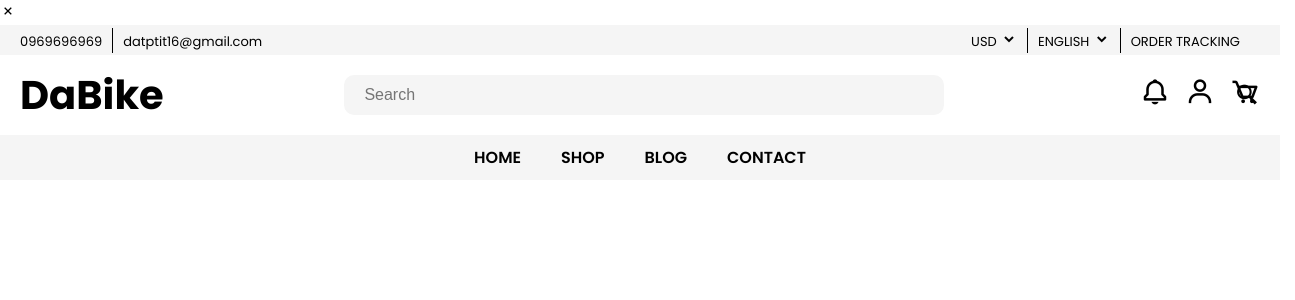
Repository: Datt21/DacMaxx
Page: index.html
These files come from the project's save history. The page is drawn as it stood at one moment and after the next save; the edit follows.
The browser window is 1280 px wide. The page is 1295 px wide, so the pictures cover 1295 px, including what lies to the right of the window. The pictures show the whole page.

Above is the page before, as saved 2021-07-05 01:40:11.

### index.html
<!DOCTYPE html>
<html lang="en">
<head>
    <meta charset="UTF-8">
    <meta http-equiv="X-UA-Compatible" content="IE=edge">
    <meta name="viewport" content="width=device-width, initial-scale=1.0">
    <title>DaBike</title>
    <!--======== FONTS =========-->
    <link rel="preconnect" href="https://fonts.gstatic.com">
    <link rel="stylesheet" href="https://fonts.googleapis.com/css2?family=Poppins:ital,wght@0,100;0,200;0,300;0,400;0,500;0,600;0,700;0,800;0,900;1,100;1,200;1,300;1,400;1,500;1,600;1,700;1,900&display=swap">

    <!--========= ICONS =========-->
    <link rel="stylesheet" href="./boxicons-2.0.7/css/boxicons.min.css">
    <link href='https://unpkg.com/boxicons@2.0.7/css/boxicons.min.css' rel='stylesheet'>

    <!--========= LINK CSS =========-->
    <link rel="stylesheet" href="./css/grid.css">
    <link rel="stylesheet" href="./css/app.css">
</head>
<body>

    <!--========= HEADER ===========-->
    <header>
        <!-- mobile menu -->
        <div class="mobile-menu bg-second">
            <a href="#" class="mb-logo">DaBike</a>

            <span class="mb-menu-toggle mb-menu-close" id="mb-menu-close">
                <i class='bx bx-menu'></i>
            </span>
        </div>
        <!-- end mobile menu -->
        <!-- main header -->
        <div class="header-wrapper" id="header-wrapper">
            <span class="mb-menu-toggle" id="mb-menu-toggle">
                <i class='bx bx-x'></i>
            </span>
            <!-- top header -->
            <div class="bg-second">
                <div class="top-header container">
                    <ul class="devided">
                        <li>
                            <a href="#">0969696969</a>
                        </li>
                        <li>
                            <a href="#">datptit16@gmail.com</a>
                        </li>
                    </ul>
                    <ul class="devided">
                        <li class="dropdown">
                            <a href="">USD</a>
                            <i class='bx bxs-chevron-down' ></i>
                            <ul class="dropdown-content">
                                <li><a href="">VND</a></li>
                                <li><a href="">JPY</a></li>
                                <li><a href="">EUR</a></li>
                            </ul>
                        </li>
                        <li class="dropdown">
                            <a href="">ENGLISH</a>
                            <i class='bx bxs-chevron-down' ></i>
                            <ul class="dropdown-content">
                                <li><a href="">VIETNAMESE</a></li>
                                <li><a href="">JAPANESE</a></li>
                                <li><a href="">FRENCH</a></li>
                                <li><a href="">SPANISH</a></li>
                            </ul>
                        </li>
                        <li><a href="#">ORDER TRACKING</a></li>
                    </ul>
                </div>
            </div>
            <!-- end top header -->
            <!-- mid header -->
            <div class="bg-main">
                <div class="mid-header container">
                    <a href="#" class="logo">DaBike</a>
                    <div class="search">
                        <input type="text" placeholder="Search">
                        <i class='bx bx-search-alt-2' ></i>
                    </div>
                    <ul class="user-menu">
                        <li><a href=""><i class='bx bx-bell' ></i> </a></li>
                        <li><a href=""><i class='bx bx-user' ></i> </a></li>
                        <li><a href=""><i class='bx bx-cart' ></i> </a></li>
                    </ul>
                </div>
            </div>
            <!-- end mid header -->
            <!-- bottom header -->
            <div class="bg-second">
                <div class="bottom-header container">
                    <ul class="main-menu">
                        <li><a href="">Home</a></li>
                        <!-- mega menu -->
                        <li class="mega-dropdown">
                            <a href="">Shop</a>
                            <div class="mega-content">
                                <div class="row">
                                    <div class="col-3">
                                        <div class="box">
                                            <h3>categories</h3>
                                            <ul>
                                                <li><a href="">Doanhnhan</a></li>
                                                <li><a href="">Diahinh</a></li>
                                                <li><a href="">Thethao</a></li>
                                                <li><a href="">Sinhvien</a></li>
                                            </ul>
                                        </div>
                                    </div>
                                    <div class="col-3">
                                        <div class="box">
                                            <h3>categories</h3>
                                            <ul>
                                                <li><a href="">Doanhnhan</a></li>
                                                <li><a href="">Diahinh</a></li>
                                                <li><a href="">Thethao</a></li>
                                                <li><a href="">Sinhvien</a></li>
                                            </ul>
                                        </div>
                                    </div>
                                    <div class="col-3">
                                        <div class="box">
                                            <h3>categories</h3>
                                            <ul>
                                                <li><a href="">Doanhnhan</a></li>
                                                <li><a href="">Diahinh</a></li>
                                                <li><a href="">Thethao</a></li>
                                                <li><a href="">Sinhvien</a></li>
                                            </ul>
                                        </div>
                                    </div>
                                    <div class="col-3">
                                        <div class="box">
                                            <h3>categories</h3>
                                            <ul>
                                                <li><a href="">Doanhnhan</a></li>
                                                <li><a href="">Diahinh</a></li>
                                                <li><a href="">Thethao</a></li>
                                                <li><a href="">Sinhvien</a></li>
                                            </ul>
                                        </div>
                                    </div>
                                </div>
                                <div class="row img-row">
                                    <div class="col-3">
                                        <div class="box">
                                            <img src="./images/531352.png" alt="">
                                        </div>
                                    </div>
                                    <div class="col-3">
                                        <div class="box">
                                            <img src="./images/6489548.png" alt="">
                                        </div>
                                    </div>
                                    <div class="col-3">
                                        <div class="box">
                                            <img src="./images/MTBROMO_N7_2022.png" alt="">
                                        </div>
                                    </div>
                                    <div class="col-3">
                                        <div class="box">
                                            <img src="./images/b1.png" alt="">
                                        </div>
                                    </div>
                                </div>
                            </div>
                        </li>
                        <!-- end mega menu -->
                        <li><a href="">Blog</a></li>
                        <li><a href="">Contact</a></li>
                    </ul>
                </div>
            </div>
            <!-- end bottom header -->
        </div>
        <!-- end main header -->
    </header>
    <!--========= END HEADER ===========-->



     <!--========= JS ==============-->
    <script src="./js/app.js"></script>
    <script src="./js/index.js"></script>
</html>

### css/grid.css
.row {
    display: flex;
    flex-wrap: wrap;
    margin: 0 -15px;
}

.row-revere{
    flex-wrap: wrap-reverse;
}

[class*="col-"]{
    padding: 0 15px;
    margin-bottom: 20px;
}

.col-1 {
    width: 8.33%;
}
.col-2 {
    width: 16.66%;
}
.col-3 {
    width: 25%;
}
.col-4 {
    width: 33.33%;
}
.col-5 {
    width: 41.66%;
}
.col-6 {
    width: 50%;
}
.col-7 {
    width: 58.33%;
}
.col-8 {
    width: 66.66%;
}
.col-9 {
    width: 75%;
}
.col-10 {
    width: 83.33%;
}
.col-11 {
    width: 91.66%;
}
.col-12 {
    width: 100%;
}

/* medium screen */
@media only screen and (max-width: 1280px) {
    .col-md-1 {
        width: 8.33%;
    }
    .col-md-2 {
        width: 16.66%;
    }
    .col-md-3 {
        width: 25%;
    }
    .col-md-4 {
        width: 33.33%;
    }
    .col-md-5 {
        width: 41.66%;
    }
    .col-md-6 {
        width: 50%;
    }
    .col-md-7 {
        width: 58.33%;
    }
    .col-md-8 {
        width: 66.66%;
    }
    .col-md-9 {
        width: 75%;
    }
    .col-md-10 {
        width: 83.33%;
    }
    .col-md-11 {
        width: 91.66%;
    }
    .col-md-12 {
        width: 100%;
    }
}

@media only screen and (max-width: 750px) {
    .col-sm-1 {
        width: 8.33%;
    }
    .col-sm-2 {
        width: 16.66%;
    }
    .col-sm-3 {
        width: 25%;
    }
    .col-sm-4 {
        width: 33.33%;
    }
    .col-sm-5 {
        width: 41.66%;
    }
    .col-sm-6 {
        width: 50%;
    }
    .col-sm-7 {
        width: 58.33%;
    }
    .col-sm-8 {
        width: 66.66%;
    }
    .col-sm-9 {
        width: 75%;
    }
    .col-sm-10 {
        width: 83.33%;
    }
    .col-sm-11 {
        width: 91.66%;
    }
    .col-sm-12 {
        width: 100%;
}

### css/app.css
:root {
    --main-bg-color:#fff;
    --second-bg-color:#f5f5f5;
    --third-bg-color:#e3e3e3;
    --grey: #4b4b4b;
    --black: #000;
    --red: #c0392b;
    --top-header-size: 30px;
    --mid-header-size: 80px;
    --bottom-header-size: 45px;
    --btn-bg: #000;
    --btn-border-color: #000;
    --btn-color: #fff;

}

*{
    padding: 0;
    margin: 0;
    box-sizing: border-box;
    -webkit-tap-highlight-color: transparent;
}

body{
    font-family: "Poppins", sans-serif;
    overflow-x: hidden;
    position: relative;
    background-color: var(--main-bg-color);
}

button{
    cursor: pointer;
}

a{
    display: inline-block;
    text-decoration: none;
    color: unset;
}

li{
    list-style-type: none;
}

img{
    max-width: 100%;
}

.container{
    max-width: 1366px;
    margin: auto;
    padding: 0 20px;
    position: relative;
}

.bg-second{
    background-color: var(--second-bg-color);
}

.bg-main{
    background-color: var(--main-bg-color);
}

.text-red{
    color: var(--red);
}

.mobile-menu{
    align-items: center;
    justify-content: space-between;
    padding: 10px 30px;
    display: none;
}
.mb-menu-close{
    display: none;
}

.top-header{
    height: 30px;
    display: flex;
    justify-content: space-between;
    align-items: center;
}

.top-header ul{
    display: flex;
}

.top-header a{
    font-size: 13px;
}

ul.devided > li{
    margin-right: 10px;
    padding-right: 10px;
    border-right: 1px solid;
}

ul.devided > li:last-child{
    border-right: none;
}

/* dropdown */
.dropdown{
    position: relative;
}

.dropdown:hover .dropdown-content{
    top: 100%;
    opacity: 1;
    visibility: visible;
}

.dropdown-content{
    display: flex;
    opacity: 0;
    visibility: hidden;
    position: absolute;
    top: calc(100% + 10px);
    background-color: #fff;
    flex-direction: column;
    box-shadow: rgba(100, 100, 111, 0.2) 0px 7px 29px 0;
    transition: all .4s cubic-bezier(0.77, 0, 0.175, 1);
    z-index: 2;
}
.dropdown-content > li > a{
    padding: 10px;
}

.dropdown-content > li:hover > a {
    color: var(--red);
}
/* end dropdown */

.mid-header{
    display: flex;
    align-items: center;
    justify-content: space-between;
    height: 80px;
    background-color: var(--main-bg-color);
}

.logo{
    font-size: 40px;
    font-weight: 700;
}

.mb-logo{
    font-size: 25px;
    font-weight: 700;
}

.search{
    width: 600px;
    height: 40px;
}

.search input{
    height: 100%;
    width: 100%;
    font-size: 16px;
    outline: 0;
    padding: 0 20px;
    border-radius: 10px;
    border: 0;
    background-color: var(--second-bg-color);
}

.search i{
    position: absolute;
    top: 50%;
    transform: translateY(-50%);
    font-size: 25px;
    right: 20px;
    cursor: pointer;
}

.user-menu{
    display: flex;
}

.user-menu > li > a{
    font-size: 30px;
    margin-left: 15px;
}

.bottom-header{
    display: flex;
    justify-content: space-between;
    align-items: center;
}

.main-menu{
    display: flex;
    height: var(--bottom-header-size);
    margin: auto;
}

.main-menu > li > a {
    display: flex;
    align-items: center;
    margin: 0 20px;
    font-weight: 600;
    height: 100%;
    text-transform: uppercase;
}

.mega-content{
    opacity: 0;
    visibility: visible;
    position: absolute;
}

.main-menu > li {
    border-bottom: 2px solid transparent;
    border-top: 2px solid transparent;
}

.main-menu > li:hover{
    border-bottom: 2px solid var(--black);

Loaded but not shown: boxicons-2.0.7/css/boxicons.min.css (library); js/app.js (no copy from this time; the picture is the same without it); js/index.js (no copy from this time; the picture is the same without it)

After the next save:
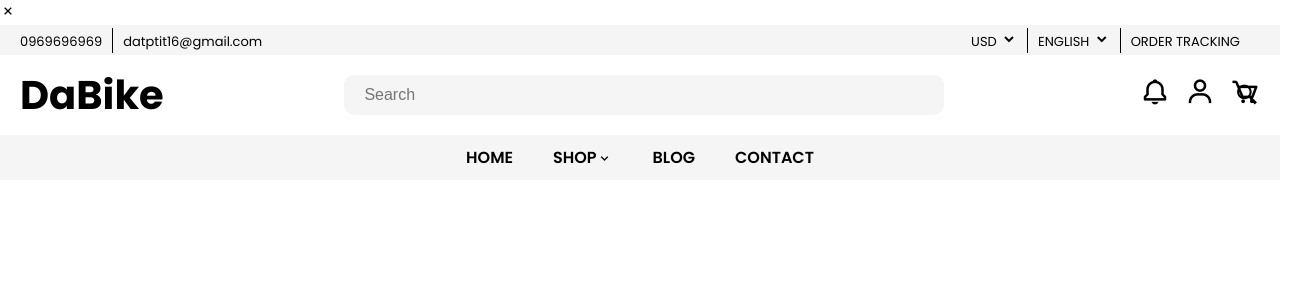
Saved 68 s later.
--- a/index.html
+++ b/index.html
@@ -94,7 +94,7 @@
                         <li><a href="">Home</a></li>
                         <!-- mega menu -->
                         <li class="mega-dropdown">
-                            <a href="">Shop</a>
+                            <a href="./products.html">Shop <i class='bx bx-chevron-down'></i></a>
                             <div class="mega-content">
                                 <div class="row">
                                     <div class="col-3">
